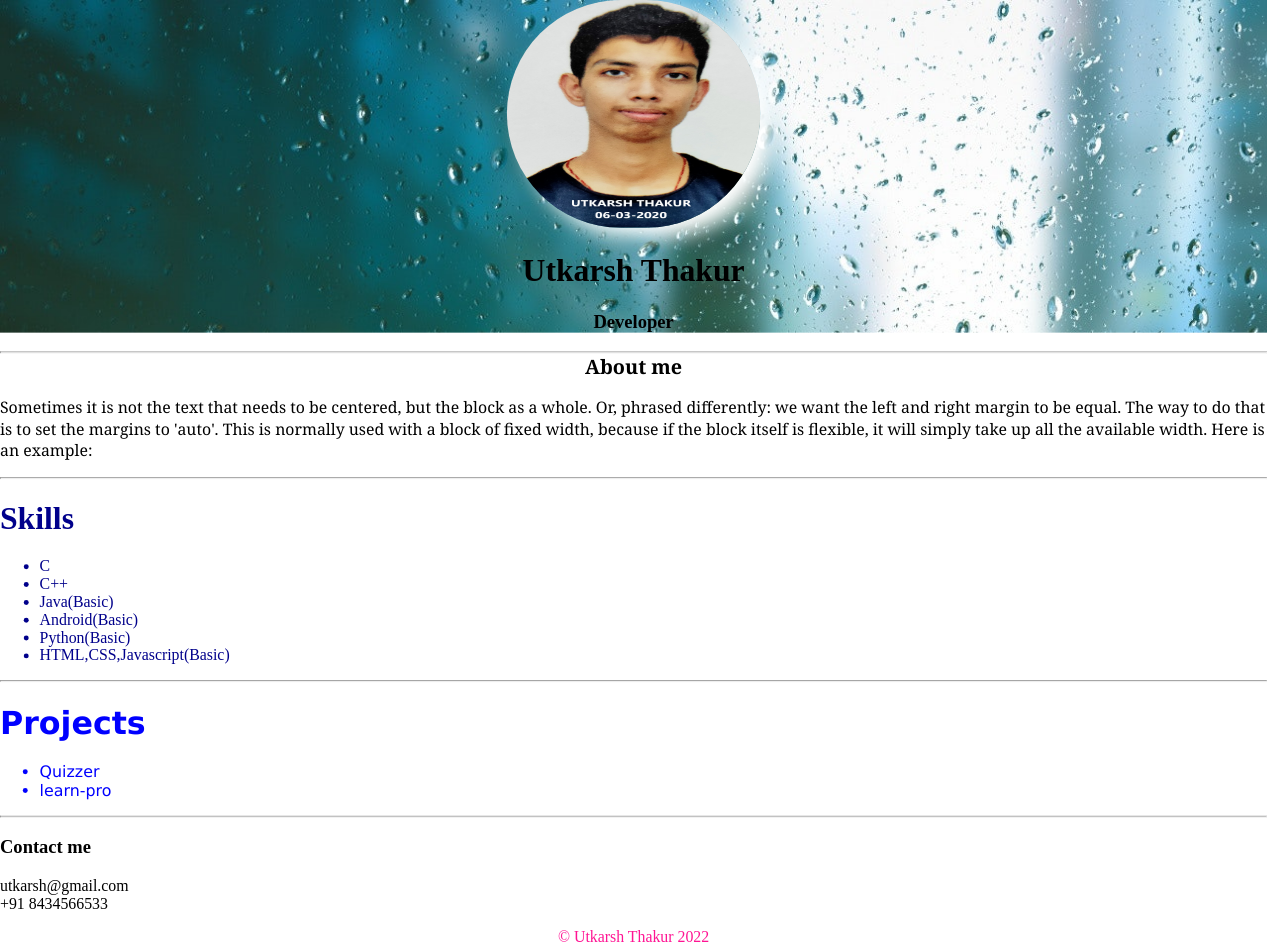
Repository: UtkarshThakur321/Utkarsh-Thakur-Profile
Page: index.html
An editor plug-in stored every save of this project. The page is shown before and after the next save, followed by the edit.
The browser window is 1280 px wide. The pictures show the whole page, at 99% of full size.

Above is the page before, as saved 2022-01-18 22:45:08.
Not found: main.js

After the next save:
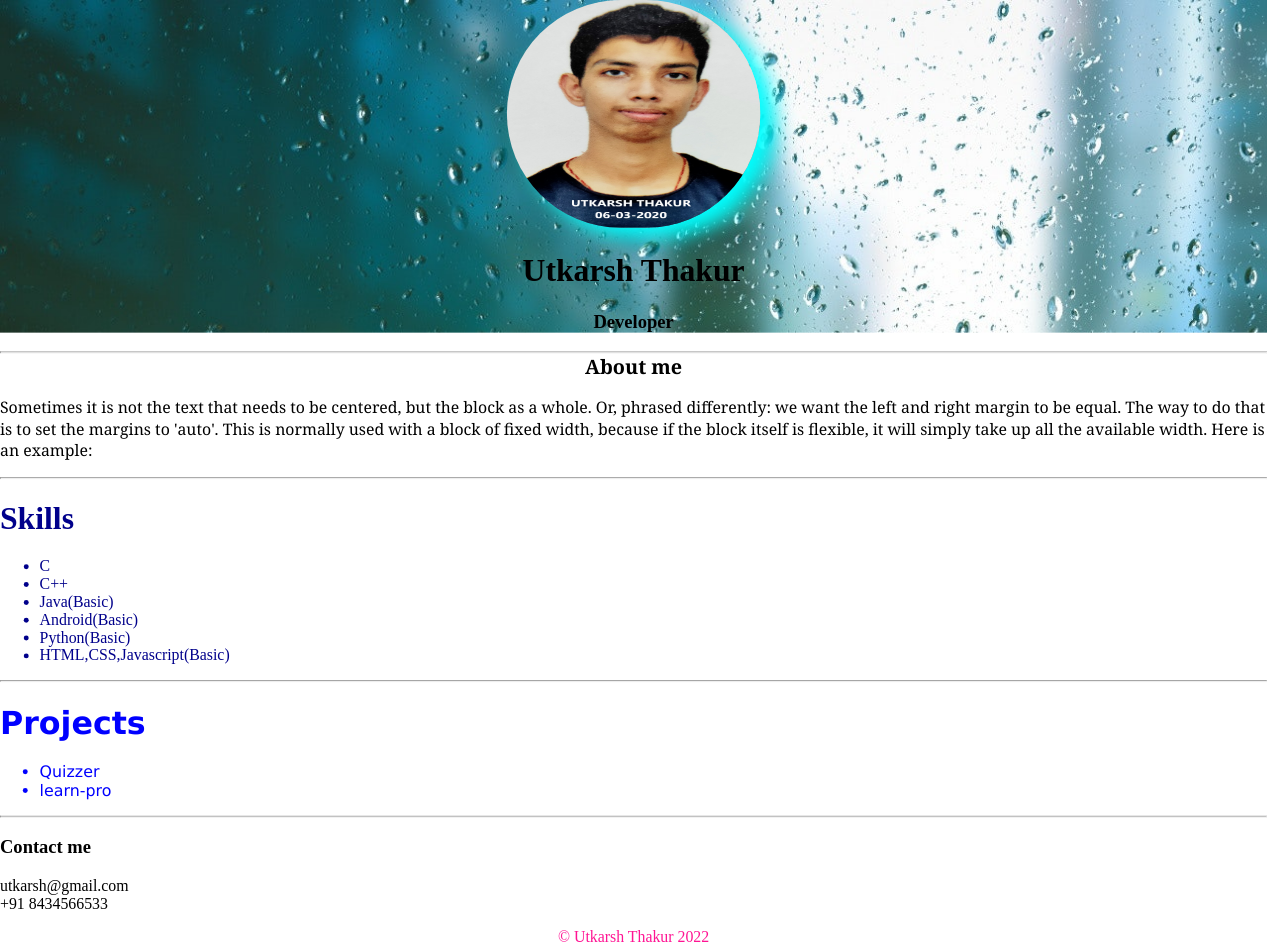
Saved 11 s later.
--- a/index.css
+++ b/index.css
@@ -13,7 +13,7 @@ body{
     height:230px;
     width:20%;
     border-radius: 120px;
-    box-shadow: 15px 10px 20px white;
+    box-shadow: 15px 10px 20px aqua;
 }
 
 .intro{
